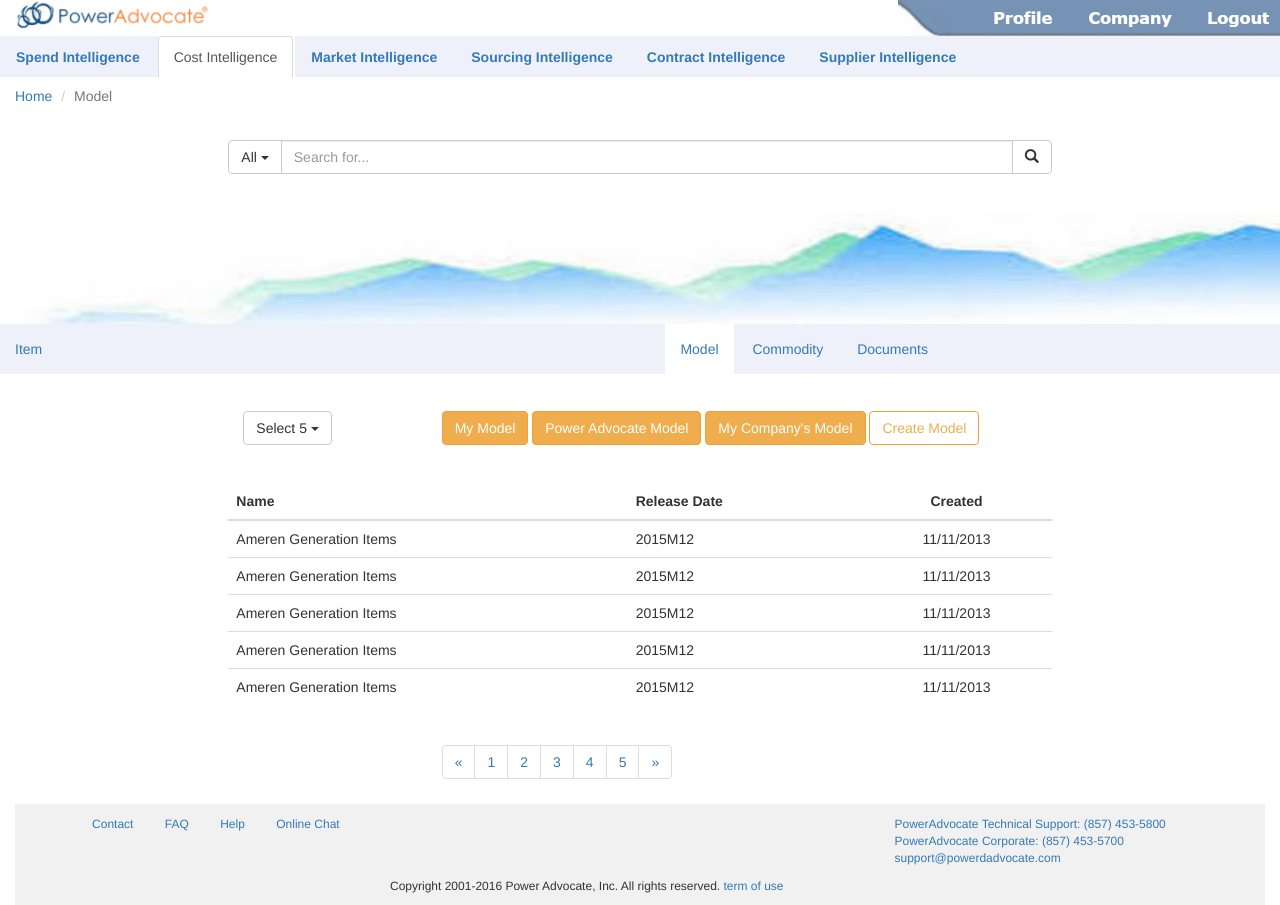
Repository: SamiraMansouri/PowerAdvocate-CostIntelligence-Application-new-Design-using-UserExperience-Method-
Page: http://localhost/PowerAdvocate/WEB-INF/views/home.jsp
The author's editor kept a copy of each file at every save. The page is drawn from the files as they stood at one save, then again after the next save.
The browser window is 1280 px wide. The pictures show the whole page.
The page is served by Tomcat 9. Nobody is signed in. Other server files are loaded and not shown. The template is opened directly, without the code that normally fills it, so the values that code supplies are empty.

Above is the page before, as saved 2016-04-25 01:23:23.

### PowerAdvocate-Prototype/PowerAdvocate/src/main/webapp/WEB-INF/views/home.jsp
<!DOCTYPE html>
<html lang="en">
<head>
<title>Model</title>
<meta charset="utf-8">
<meta name="viewport" content="width=device-width, initial-scale=1">
<link rel="stylesheet"
	href="http://maxcdn.bootstrapcdn.com/bootstrap/3.3.6/css/bootstrap.min.css">
<script
	src="https://ajax.googleapis.com/ajax/libs/jquery/1.12.0/jquery.min.js"></script>
<script
	src="http://maxcdn.bootstrapcdn.com/bootstrap/3.3.6/js/bootstrap.min.js"></script>
</head>
<style>
.nav .navbar-nav>li>a:hover, .navbar-default .navbar-nav>li>a:focus {
	color: #ffff; /*Sets the text hover color on navbar*/
}

.nav .nav-tabs>.active>a, .nav .nav-tabs>.active>a:hover, .nav .nav-tabs>.active>a:focus
	{
	color: black; /*BACKGROUND color for active*/
	background-color: red;
}

.nav {
	background-color: #eff1fa;
	border-color: white;
}

.nav>li>a:hover, .nav>li>a:focus {
	text-decoration: none;
	background-color: silver; /*Change rollover cell color here*/
}

.navbar-default .navbar-nav>li>a {
	color: white; /*Change active text color here*/
}

.top-buffer {
	margin-top: 3%;
}

.nav .nav-tabs {
	display: inline-block;
	float: none;
	vertical-align: top;
}

.nav .navbar-collapse {
	text-align: center;
}

#bs-example-navbar-collapse-1 {
	padding: 0;
}

lineblue {
	border-bottom: 5pt solid black;
}

.navbar-nav {
	width: 100%;
	text-align: center; > li { float : none;
	display: inline-block;
}

}
.active {
	background-color: #fff;
}

.btn-warning.btn-outline {
	color: #f0ad4e;
}

.btn-warning.btn-outline:hover {
	color: #fff;
}

.btn-outline {
	background-color: transparent;
	color: inherit;
	transition: all .5s;
}

.footer {
	background-color: #F1F1F1;
	padding-top: 1%;
	font-size: 12px;
}

#col1 li {
	display: inline;
	text-decoration: none;
	padding-left: 5%;
}

#col1 ul {
	padding-left: 0;
}

#col2 li {
	text-decoration: none;
	padding-left: 35%;
	list-style-type: none;
}
.image
{
padding-right:0;

}
</style>
<body>

	<div class="container-fluid">
		<div class="row">
			<div class="col-md-4 ">
				<img src="resources/img/pa.png" alt="logo"
					style="width: 50%; height: 30%;">
			</div>
			<div class="col-md-8 image">
				<span class="pull-right "> <img src="resources/img/menu.png"
					class="pull-right " alt="logo" style="width: 60%; height: 30%;">
				</span>
			</div>
		</div>

		<!--end of row-->
		<div class="row">
			<ul class="nav nav-tabs">
				<li role="presentation"><a href="#"><b>Spend
							Intelligence</b></a></li>
				<li role="presentation" class="active"><a href="#">Cost
						Intelligence</a></li>
				<li role="presentation"><a href="#"><b>Market
							Intelligence</b></a></li>
				<li role="presentation"><a href="#"><b>Sourcing
							Intelligence</b></a></li>
				<li role="presentation"><a href="#"><b>Contract
							Intelligence</b></a></li>
				<li role="presentation"><a href="#"><b>Supplier
							Intelligence</b></a></li>
			</ul>
		</div>
		<!--end of row-->

		<div class="row">
			<ol class="breadcrumb"
				style="margin-bottom: 2%; background-color: #fff;">
				<li><a href="#">Home</a></li>
				<li class="active">Model</li>
			</ol>
		</div>
		<!-- bread crumb -->

		<div class="row">
			<div class="col-lg-2"></div>
			<div class="col-lg-8">
				<div class="input-group">
					<div class="input-group-btn">
						<button type="button" class="btn btn-default dropdown-toggle"
							data-toggle="dropdown" aria-haspopup="true" aria-expanded="false">
							All <span class="caret"></span>
						</button>
						<ul class="dropdown-menu">
							<li><a href="#">All</a></li>
							<li role="separator" class="divider"></li>
							<li><a href="#">Model</a></li>
							<li><a href="#">Item</a></li>
							<li><a href="#">Commodity</a></li>
						</ul>
					</div>
					<!-- btn-group -->

					<input type="text" class="form-control" placeholder="Search for..." />
					<span class="input-group-btn">
						<button class="btn btn-default" type="button">
							<span class="glyphicon glyphicon-search" aria-hidden="true"></span>
						</button>
					</span>
				</div>
				<!-- /input-group -->
			</div>
			<!-- lg-8 -->
			<div class="col-lg-2"></div>
		</div>
		<!-- /row -->

		<div class="row">
			<div class="col-md-12 image">
				<img  src="resources/img/a.jpeg" alt="logo"
					style="width: 100%; height: 150px;">
			</div>
		</div>
		<!-- row -->

		<div class="row">
			<div class=" collapse navbar-collapse "
				id="bs-example-navbar-collapse-1">
				<ul class="nav navbar-nav">
				<li><a href="#"></a></li>
				<li><a href="#"></a></li>
				<li><a href="#"></a></li>
				<li><a href="#"></a></li>
				<li><a href="#"></a></li>
				<li><a href="#"></a></li>
				<li><a href="#"></a></li>
				<li><a href="#"></a></li>
					<li class="active"><a href="#">Model</a></li>
					<li class="pull-left"><a href="/prototype/Item">Item</a></li>
					<li><a href="/prototype/Commodity">Commodity</a></li>
					<li><a href="/prototype/Documents">Documents</a></li>
				</ul>
			</div>
			<!-- /.navbar-collapse -->
		</div>

		<div class="row top-buffer ">
			<div class="col-md-2"></div>
			<div class="col-md-2">

				<div class="dropdown pull-left col-md-2">
					<button class="btn btn-default dropdown-toggle" type="button"
						id="dropdownMenu2" data-toggle="dropdown" aria-haspopup="true"
						aria-expanded="false">
						Select 5 <span class="caret"></span>
					</button>
					<ul class="dropdown-menu" aria-labelledby="dropdownMenu2">
						<li><a href="#">Select 5</a></li>
						<li><a href="#">Select 10</a></li>
						<li><a href="#">Select 50</a></li>
						<li><a href="#">Select 100</a></li>
					</ul>
				</div>
			</div>
			<div class="col-md-8 pull-right">
				<button type="Button" class="btn btn-warning">My Model</button>
				<button type="Button" class="btn btn-warning">Power
					Advocate Model</button>
				<button type="Button" class="btn btn-warning">My Company's
					Model</button>
				<a class="btn btn-warning btn-outline">Create Model</a>
			</div>

		</div>



	<div class="row top-buffer x">
		<div class="col-sm-2"></div>
		<div class="col-sm-8">
			<table class="table table-hover">
				<thead>
					<tr>
						<th>Name</th>
						<th >Release Date</th>
						<th style="text-align:center;">Created</th>
					</tr>
				</thead>
				<tbody>
					<tr>
						<td>Ameren Generation Items</td>
						<td>2015M12</td>
						<td style="text-align:center;">11/11/2013</td>
					</tr>
					<tr>
						<td>Ameren Generation Items</td>
						<td>2015M12</td>
						<td style="text-align:center;">11/11/2013</td>
					</tr>
					<tr>
						<td>Ameren Generation Items</td>
						<td>2015M12</td>
						<td style="text-align:center;">11/11/2013</td>
					</tr>
					<tr>
						<td>Ameren Generation Items</td>
						<td>2015M12</td>
						<td style="text-align:center;">11/11/2013</td>
					</tr>
					<tr>
						<td>Ameren Generation Items</td>
						<td>2015M12</td>
						<td style="text-align:center;">11/11/2013</td>
					</tr>
				</tbody>
			</table>
		</div>
		<div class="col-md-2"></div>
	</div>

	<!--  -->
	<div class="row">
		<div class="col-md-2"></div>
		<div class="col-md-2"></div>
		<div class="col-md-8 ">
			<nav>
				<ul class="pagination">
					<li><a href="#" aria-label="Previous"> <span
							aria-hidden="true">&laquo;</span>
					</a></li>
					<li><a href="#">1</a></li>
					<li><a href="#">2</a></li>
					<li><a href="#">3</a></li>
					<li><a href="#">4</a></li>
					<li><a href="#">5</a></li>
					<li><a href="#" aria-label="Next"> <span
							aria-hidden="true">&raquo;</span>
					</a></li>
				</ul>
			</nav>
		</div>
	</div>
	<!--pagination-->
	<!--footer-->
	<div class="footer">
		<div class="row ">
			<div class="col-md-6" id="col1" style="padding-left: 5%;">
				<ul>
					<li><a src="#"> Contact</a></li>
					<li><a src="#"> FAQ </a></li>
					<li><a src="#"> Help</a></li>
					<li><a src="#"> Online Chat</a></li>
				</ul>
			</div>

			<div class="col-md-6" id="col2">
				<ul>
					<li><a src="#"> PowerAdvocate Technical Support: (857)
							453-5800</a></li>
					<li><a src="#"> PowerAdvocate Corporate: (857) 453-5700 </a></li>
					<li><a src="#"> support@powerdadvocate.com</a></li>
				</ul>
			</div>
		</div>
		<div class="row">
			<div class="col-md-12">
				<p style="padding-left: 30%;">
					Copyright 2001-2016 Power Advocate, Inc. All rights reserved.<a
						src="#"> term of use </a>
				</p>
			</div>
		</div>
	</div>
	<!-- end of footer-->


	</div>
</body>
</html>

After the next save:
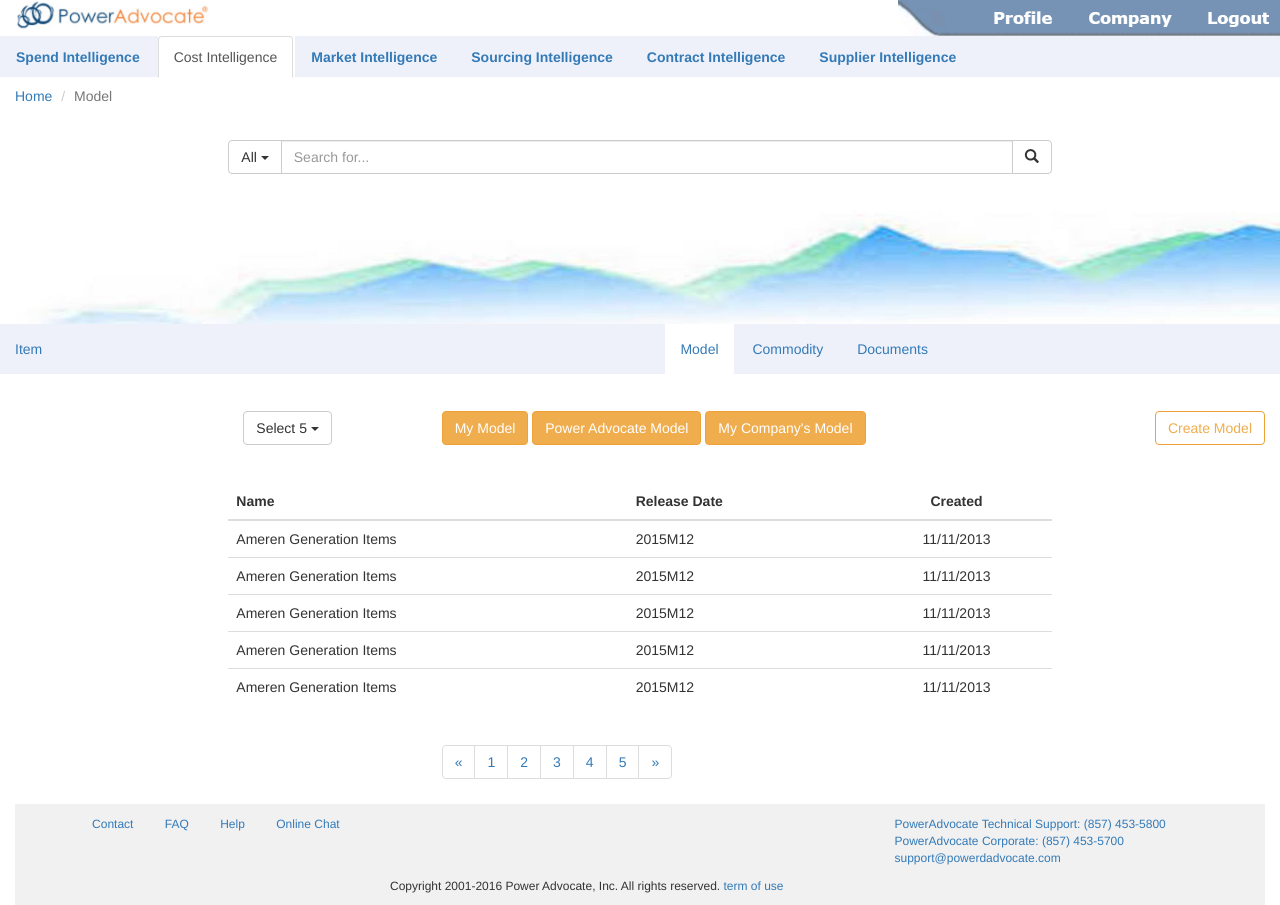
Saved 13 s later.
--- a/PowerAdvocate-Prototype/PowerAdvocate/src/main/webapp/WEB-INF/views/home.jsp
+++ b/PowerAdvocate-Prototype/PowerAdvocate/src/main/webapp/WEB-INF/views/home.jsp
@@ -239,7 +239,7 @@
 					Advocate Model</button>
 				<button type="Button" class="btn btn-warning">My Company's
 					Model</button>
-				<a class="btn btn-warning btn-outline">Create Model</a>
+				<a class="btn btn-warning btn-outline pull-right">Create Model</a>
 			</div>
 
 		</div>

After the save that followed:
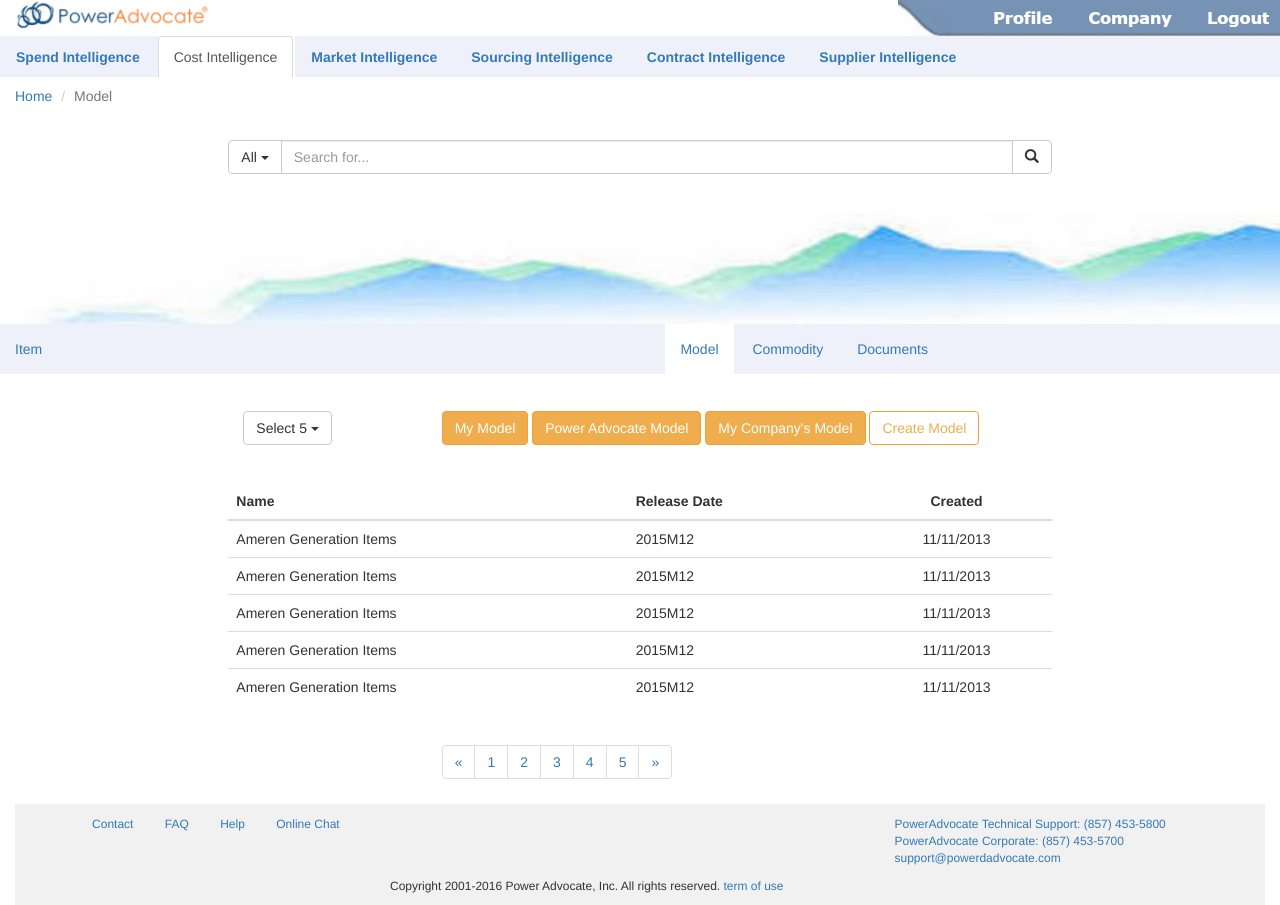
Saved 46 s later.
--- a/PowerAdvocate-Prototype/PowerAdvocate/src/main/webapp/WEB-INF/views/home.jsp
+++ b/PowerAdvocate-Prototype/PowerAdvocate/src/main/webapp/WEB-INF/views/home.jsp
@@ -239,7 +239,7 @@
 					Advocate Model</button>
 				<button type="Button" class="btn btn-warning">My Company's
 					Model</button>
-				<a class="btn btn-warning btn-outline pull-right">Create Model</a>
+				<a class="btn btn-warning btn-outline pull-center">Create Model</a>
 			</div>
 
 		</div>
